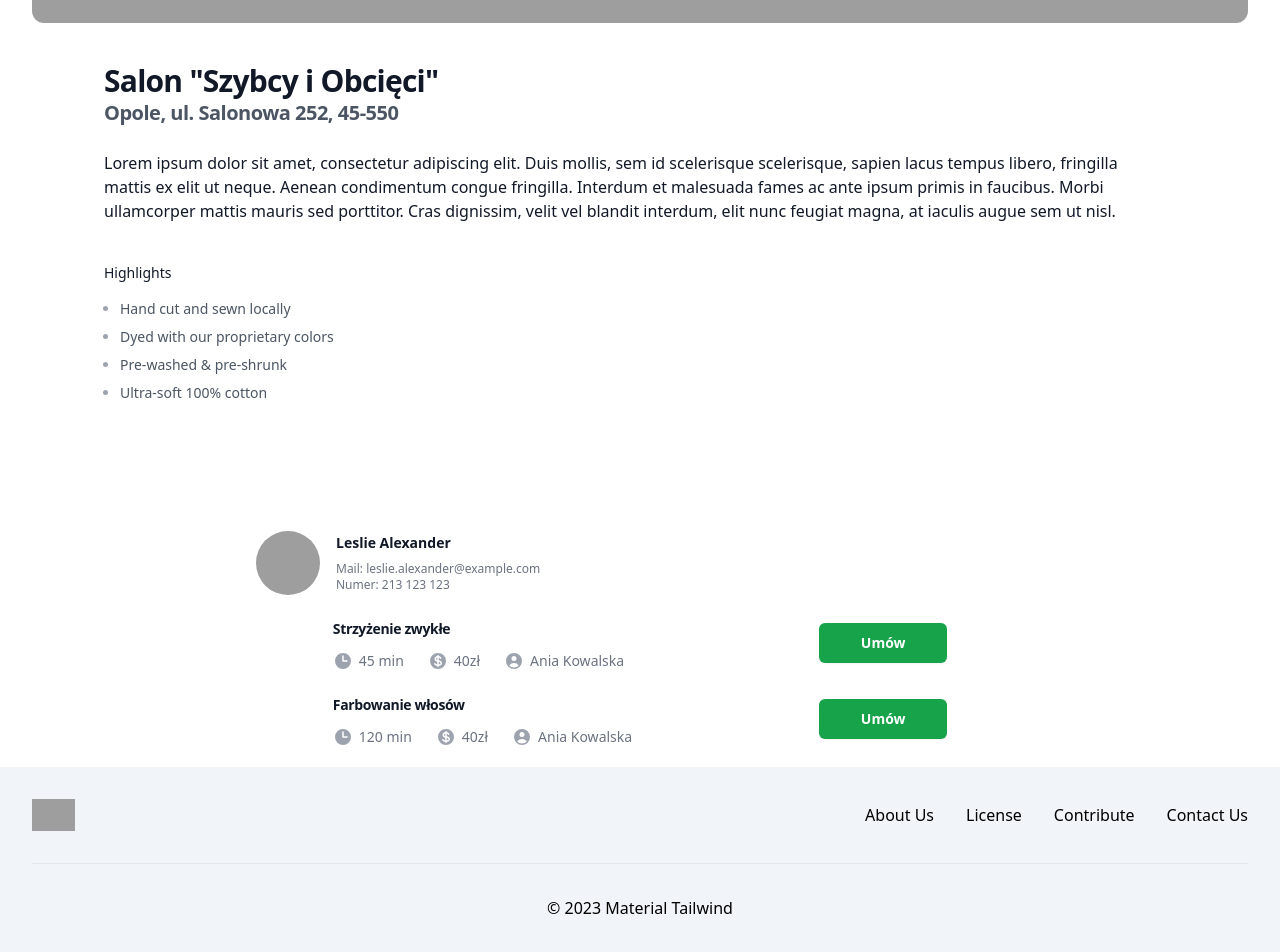
Repository: PrzemyslawJura/my-app
Page: /stronasalonu (app in frontend/)
The author's editor kept a copy of each file at every save. The page is drawn from the files as they stood at one save, then again after the next save.
The browser window is 1280 px wide. The pictures show the part of the page from y = 493 to 1445 px (the page is 1445 px tall).
Pictures or frames that could not be fetched are drawn as grey boxes. The project was rebuilt for these pictures with package versions that can differ from the ones it lists, and the page was loaded fresh each time. Also part of the build but not shown: frontend/src/components/Location.jsx, frontend/src/home/Feature.jsx, frontend/src/shared_np_buttony_inputy_kalendarze_itp/PaginationTile.jsx, frontend/src/home/Pagination.jsx, frontend/src/home/Listbox.jsx, frontend/src/home/StepOne.jsx, frontend/src/home/StepTwo.jsx, frontend/src/home/SalonOffer.jsx and 19 more.

Above is the page before, as saved 2023-11-24 11:42:18.

After the next save:
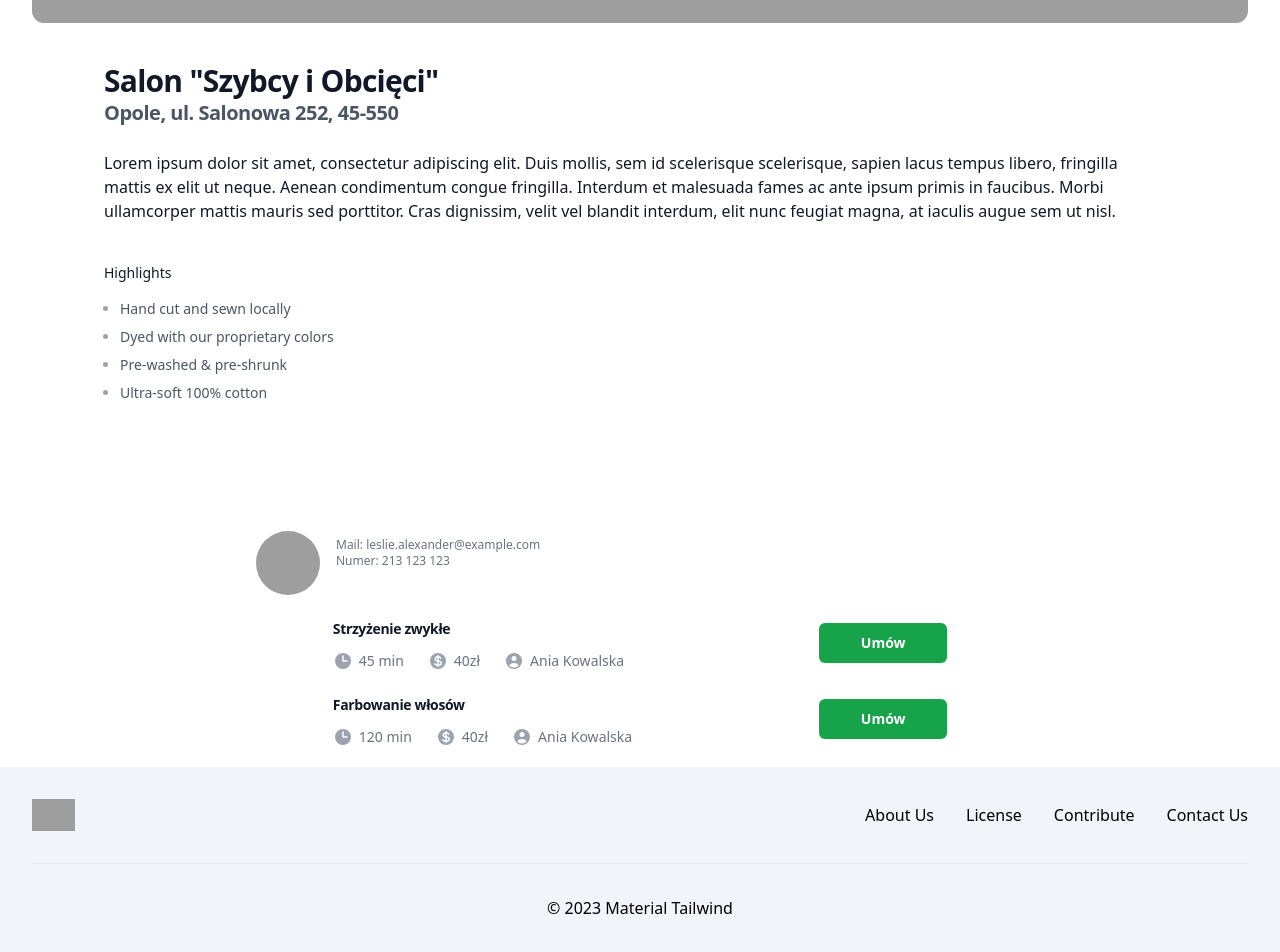
Saved 63 s later.
--- a/frontend/src/components/Hairdresser.jsx
+++ b/frontend/src/components/Hairdresser.jsx
@@ -4,7 +4,7 @@ export default function Hairdresser({person}) {
           <div className="flex min-w-0 gap-x-4">
             <img className="h-16 w-16 flex-none rounded-full bg-gray-50" src={person.imageUrl} alt="" />
             <div className="min-w-0 flex-auto">
-              <p className="text-sm font-semibold leading-6 text-gray-900">{person.name}</p>
+              <p className="text-sm font-semibold leading-6 text-gray-900">{person.FirstName} {person.SecondName}</p>
               <p className="mt-1 truncate text-xs leading-5 text-gray-500">Mail: {person.email}</p>
               <p className="truncate text-xs leading-3 text-gray-500">Numer: {person.telephone}</p>
             </div>
